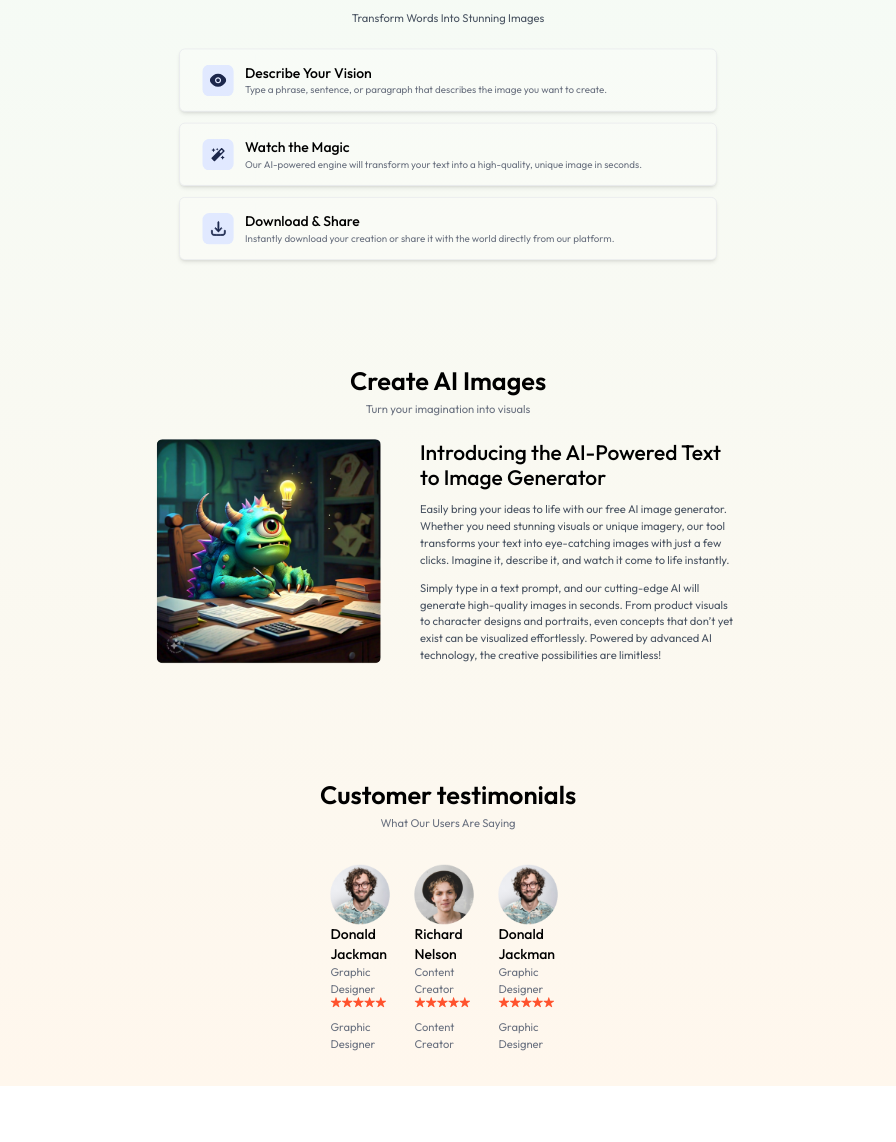
Repository: Abrammse/Abraify
Page: /
The author's editor kept a copy of each file at every save. The page is drawn from the files as they stood at one save, then again after the next save.
The browser window is 1280 px wide. The pictures show the part of the page from y = 898 to 2818 px (the page is 2530 px tall before and 2818 px after), at 70% of full size.
The project was rebuilt for these pictures with package versions that can differ from the ones it lists, and the page was loaded fresh each time. Also part of the build but not shown: vite.config.js, src/pages/Buycredit.jsx.

Above is the page before, as saved 2024-11-25 12:04:19.

### index.html
<!doctype html>
<html lang="en">
  <head>
    <meta charset="UTF-8" />
    <link rel="icon" type="image/svg+xml" href="/favicon.svg" />
    <meta name="viewport" content="width=device-width, initial-scale=1.0" />
    <title>Imagify - Abram</title>
  </head>
  <body>
    <div id="root"></div>
    <script type="module" src="/src/main.jsx"></script>
  </body>
</html>

### src/main.jsx
import { createRoot } from 'react-dom/client'
import './index.css'
import App from './App.jsx'
import { BrowserRouter } from 'react-router-dom'
import AppContextProvider from './context/AppContext.jsx'
createRoot(document.getElementById('root')).render(

  <BrowserRouter>
  <AppContextProvider>
  <App/>
  </AppContextProvider>

  </BrowserRouter>
)

### src/index.css
@import url('https://fonts.googleapis.com/css2?family=Cairo:wght@200..1000&family=Outfit:wght@100..900&display=swap');


@tailwind base;
@tailwind components;
@tailwind utilities;

*{
  font-family: Outfit ;
}

### src/App.jsx
import React from "react";
import { Routes,Route } from "react-router-dom";
import Home from "./pages/Home";
import BuyCredit from "./pages/Buycredit";
import Navbar from "./components/Navbar";
const App = () => {
  return (
    <div className="px-4 sm:px-10 md:px-14 lg:px-28 min-h-screen bg-gradient-to-b from-teal-50 to-orange-50">
     <Navbar />
      <Routes>

        <Route  path="/" element={<Home />}/>
        <Route  path="/BuyCredit" element={<BuyCredit />}/>
      </Routes>
    </div>
  )
}

export default App

### src/context/AppContext.jsx
import { createContext, useState } from "react";
export const AppContext = createContext();

const AppContextProvider = (props) => {
  const [user, setUser] = useState(null);

  const value = {
    user,
    setUser,
  };

  return (
    <AppContext.Provider value={value}>
      {props.children}
    </AppContext.Provider>
  );
};

export default AppContextProvider;

### src/pages/Home.jsx
import React from 'react';
import Header from '../components/Header';
import Steps from '../components/Steps';
import Des from '../components/des';
import Testimonials from '../components/testimonials';
const Home = () => {
  return (
    <div>
      <Header/>
      <Steps/>
      <Des/>
      <Testimonials/>
    </div>
  );
}

export default Home;

### src/components/Navbar.jsx
import React, { useContext } from 'react';
import { assets } from '../assets/assets';
import { Link, useNavigate } from 'react-router-dom';
import { AppContext } from '../context/AppContext';
const Navbar = () => {
  const {user} = useContext(AppContext);
  const navigate = useNavigate();

  return (
    <div className="flex items-center justify-between py-4">
      <Link to="/">
        <img src={assets.logo} alt="Logo" className="w-28 sm:w-32 lg:w-40" />
      </Link>

      <div>
        {user ? (
          <div className="flex items-center gap-2 sm:gap-3">
            <button className="flex items-center gap-2 bg-blue-100 px-4 sm:px-6 py-1.5 sm:py-3 rounded-full hover:scale-105 transition-all duration-700">
              <img src={assets.credit_star} alt="Credits" className="w-5" />
              <p  onClick={() => navigate('/BuyCredit')} className='text-xs sm:text-sm font-medium text-gray-600'>Credits left: 50</p>
            </button>
            <p className='text-gray-600 max-sm:hidden pl-4 '>Hi, Abram</p>
            <div className="relative group">
              <img
                src={assets.profile_icon}
                alt="Profile"
                className="w-10 drop-shadow cursor-pointer"
              />
              <div className="absolute hidden group-hover:block top-0 right-0 z-10  text-black rounded  pt-12">
                <ul   className='list-none m-0 p-2 bg-white rounded-md border text-sm ' >
                  <li className='py-1 px-2  cursor-pointer pr-10 ' >
                    Logout
                  </li>
                </ul>
              </div>
            </div>
          </div>
        ) : (
          <div className="flex items-center gap-2 sm:gap-5">
            <p
              onClick={() => navigate('/BuyCredit')}
              className="cursor-pointer hover:underline"
            >
              Pricing
            </p>
            <button
              className="bg-zinc-800 text-white px-7 py-2 sm:px-10 text-sm rounded-full"
              onClick={() => navigate('/login')}
            >
              Login
            </button>
          </div>
        )}
      </div>
    </div>
  );
};

export default Navbar;

### src/components/Header.jsx
import React from 'react';
import { assets } from '../assets/assets';

const Header = () => {
  return (
<div className="flex flex-col justify-center items-center text-center my-20 ">
<div className="text-stone-500 inline-flex text-center gap-2 bg-white px-6 py-1 rounded-full border border-neutral-500 ">
    <p>Best text to image generator</p>
<img src={assets.star_icon} alt="start"/>
    </div>
    <h1  className='text-4xl  max-w-[300px]   sm:text-7xl sm:max-w-[590px] mx-auto mt-10 text-center  ' >Turn text to <span  className='text-blue-600' >  image</span>, in seconds.</h1>
<p  className='text-center max-w-xl mx-auto mt-5'>Unleash your creativity with AI. Turn your imagination into visual art in seconds – just type, and watch the magic happen. </p>
<button className='sm:text-lg text-white   bg-black w-auto mt-8 px-12 py-2.5 flex  items-center gap-2  rounded-full    ' >Generate Images <img  className='h-6' src={assets.star_group} alt="start"/>
</button>
<div className='flex flex-wrap justify-center mt-16 gap-3 '>
{Array(6).fill().map((item,index)=>(

<img  className='rounded hover:scale-105  transition-all duration-300 cursor-pointer max-sm:w-11    ' src={index % 2=== 0 ? assets.sample_img_2 : assets.sample_img_1 } alt="start" key={index} width={120}  />

))}

</div>

<p className=' mt-2 text-neutral-600'> Generated images from imagify </p>
     </div>
  );
}

export default Header;

### src/components/Steps.jsx
import React from 'react';
import { stepsData } from '../assets/assets';

const Steps = () => {
  return (
    <div className='flex flex-col items-center justify-center my-32'>
      <h1 className='text-3xl sm:text-4xl font-semibold mb-2 '>How it works</h1>
      <p className=' tet-lg mb-8 text-gray-600'> Transform Words Into Stunning Images </p>


      <div className='space-y-4 w-full max-w-3xl text-sm '>
        {stepsData.map((item,index)=>(
            <div key={index}  className='flex items-center gap-4 px-8 p-5 bg-white/20 shadow-md border cursor-pointer hover:scale-[1.02]  transition-all  duration-300 rounded-lg ' >
                <img src={item.icon} alt="" />
            <div>
                <h2 className='text-xl  font-medium' > {item.title}</h2>
                <p className='text-gray-500' > {item.description}</p>

            </div>
            </div>
        ))}
      </div>

      </div>
  );
}

export default Steps;

### src/components/des.jsx
import React from 'react';
import { assets } from '../assets/assets';

const Des = () => {
  return (
<div className='flex flex-col items-center justify-center my-24 p-6 md:px-28'>
            <h1 className='text-3xl sm:text-4xl font-semibold mb-2 '>Create AI Images</h1>
            <p className=' tet-lg mb-8 text-gray-500'> Turn your imagination into visuals </p>

<div className='flex flex-col gap-5 md:gap-14 md:flex-row'>
<img src={assets.sample_img_2} alt="Credits" className="w-80 xl:w9 rounded-lg " />

<div>
    <h2 className='text-3xl font-medium max-w-lg mb-4'>
    Introducing the AI-Powered Text to Image Generator
    </h2>
    <p className='text-gray-600 mb-4' >
    Easily bring your ideas to life with our free AI image generator. Whether you need stunning visuals or unique imagery, our tool transforms your text into eye-catching images with just a few clicks. Imagine it, describe it, and watch it come to life instantly.
    </p>
    <p className='text-gray-600' >
    Simply type in a text prompt, and our cutting-edge AI will generate high-quality images in seconds. From product visuals to character designs and portraits, even concepts that don’t yet exist can be visualized effortlessly. Powered by advanced AI technology, the creative possibilities are limitless!
    </p>
</div>

</div>

    </div>
  );
}

export default Des;

### src/components/testimonials.jsx
import React from 'react';
import { assets, testimonialsData } from '../assets/assets';

const Testimonials = () => {
  return (
<div className='flex flex-col items-center justify-center my-20 py-12'>
            <h1 className='text-3xl sm:text-4xl font-semibold mb-2 '>Customer testimonials</h1>
            <p className='  mb-12 text-gray-500'> What Our Users Are Saying </p>

            <div className='flex flex-wrap gap-6 '>
        {testimonialsData.map((item,index)=>(
            <div key={index}  className='rounded-full w-24 ' >
                <img src={item.image} alt="" />
            <div>
                <h2 className='text-xl  font-medium' > {item.name}</h2>
                <p className='text-gray-500' > {item.role}</p>
                <div className='flex mb-4'>
{Array(item.stars).fill().map((ite,index)=>(
                    <img   key={index} src={assets.rating_star} alt="" />

))}

                </div>
                <p className='text-gray-500' > {item.role}</p>

            </div>
            </div>
        ))}
      </div>

    </div>

  );
}

export default Testimonials;

### src/assets/assets.js
import logo from './logo.svg'
import logo_icon from './logo_icon.svg'
import facebook_icon from './facebook_icon.svg'
import instagram_icon from './instagram_icon.svg'
import twitter_icon from './twitter_icon.svg'
import star_icon from './star_icon.svg'
import rating_star from './rating_star.svg'
import sample_img_1 from './sample_img_1.png'
import sample_img_2 from './sample_img_2.png'
import profile_img_1 from './profile_img_1.png'
import profile_img_2 from './profile_img_2.png'
import step_icon_1 from './step_icon_1.svg'
import step_icon_2 from './step_icon_2.svg'
import step_icon_3 from './step_icon_3.svg'
import email_icon from './email_icon.svg'
import lock_icon from './lock_icon.svg'
import cross_icon from './cross_icon.svg'
import star_group from './star_group.png'
import credit_star from './credit_star.svg'
import profile_icon from './profile_icon.png'

export const assets = {
    logo,
    logo_icon,
    facebook_icon,
    instagram_icon,
    twitter_icon,
    star_icon,
    rating_star,
    sample_img_1,
    sample_img_2,
    email_icon,
    lock_icon,
    cross_icon,
    star_group,
    credit_star,
    profile_icon
}

export const stepsData = [
    {
      title: 'Describe Your Vision',
      description: 'Type a phrase, sentence, or paragraph that describes the image you want to create.',
      icon: step_icon_1,
    },
    {
      title: 'Watch the Magic',
      description: 'Our AI-powered engine will transform your text into a high-quality, unique image in seconds.',
      icon: step_icon_2,
    },
    {
      title: 'Download & Share',
      description: 'Instantly download your creation or share it with the world directly from our platform.',
      icon: step_icon_3,
    },
  ];

export const testimonialsData = [
    {
        image:profile_img_1,
        name:'Donald Jackman',
        role:'Graphic Designer',
        stars:5,
        text:`I've been using bg.removal for nearly two years, primarily for Instagram, and it has been incredibly user-friendly, making my work much easier.`
    },
    {
        image:profile_img_2,
        name:'Richard Nelson',
        role:'Content Creator',
        stars:5,
        text:`I've been using bg.removal for nearly two years, primarily for Instagram, and it has been incredibly user-friendly, making my work much easier.`
    },
    {
        image:profile_img_1,
        name:'Donald Jackman',
        role:' Graphic Designer',
        stars:5,
        text:`I've been using bg.removal for nearly two years, primarily for Instagram, and it has been incredibly user-friendly, making my work much easier.`
    },
]

export const plans = [
    {
      id: 'Basic',
      price: 10,
      credits: 100,
      desc: 'Best for personal use.'
    },
    {
      id: 'Advanced',
      price: 50,
      credits: 500,
      desc: 'Best for business use.'
    },
    {
      id: 'Business',
      price: 250,
      credits: 5000,
      desc: 'Best for enterprise use.'
    },
  ]

Loaded but not shown: tailwind.config.js (common file)

After the next save:
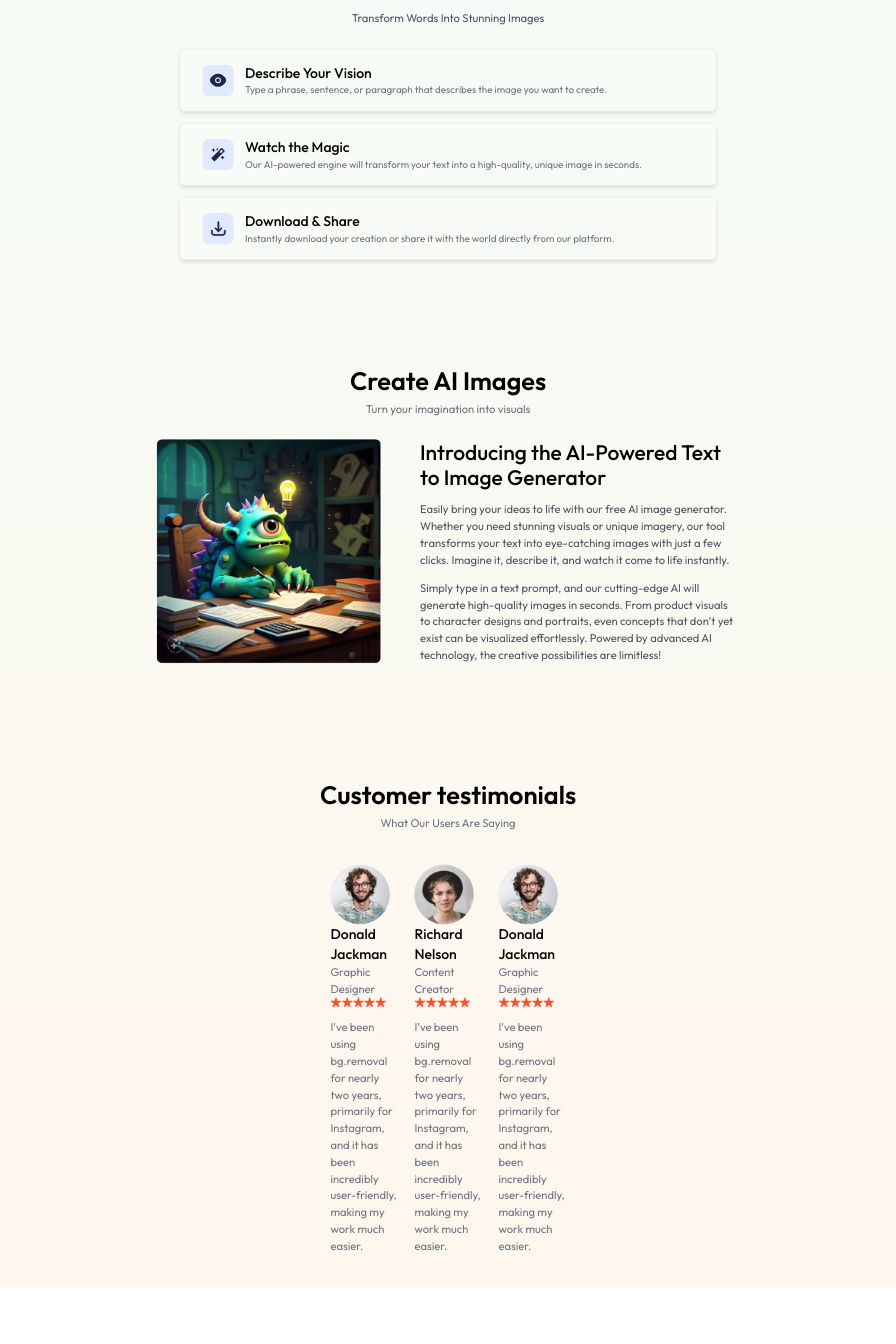
Saved 7 s later.
--- a/src/components/testimonials.jsx
+++ b/src/components/testimonials.jsx
@@ -21,7 +21,7 @@ const Testimonials = () => {
 ))}
 
                 </div>
-                <p className='text-gray-500' > {item.role}</p>
+                <p className='text-gray-500' > {item.text}</p>
 
             </div>
             </div>
